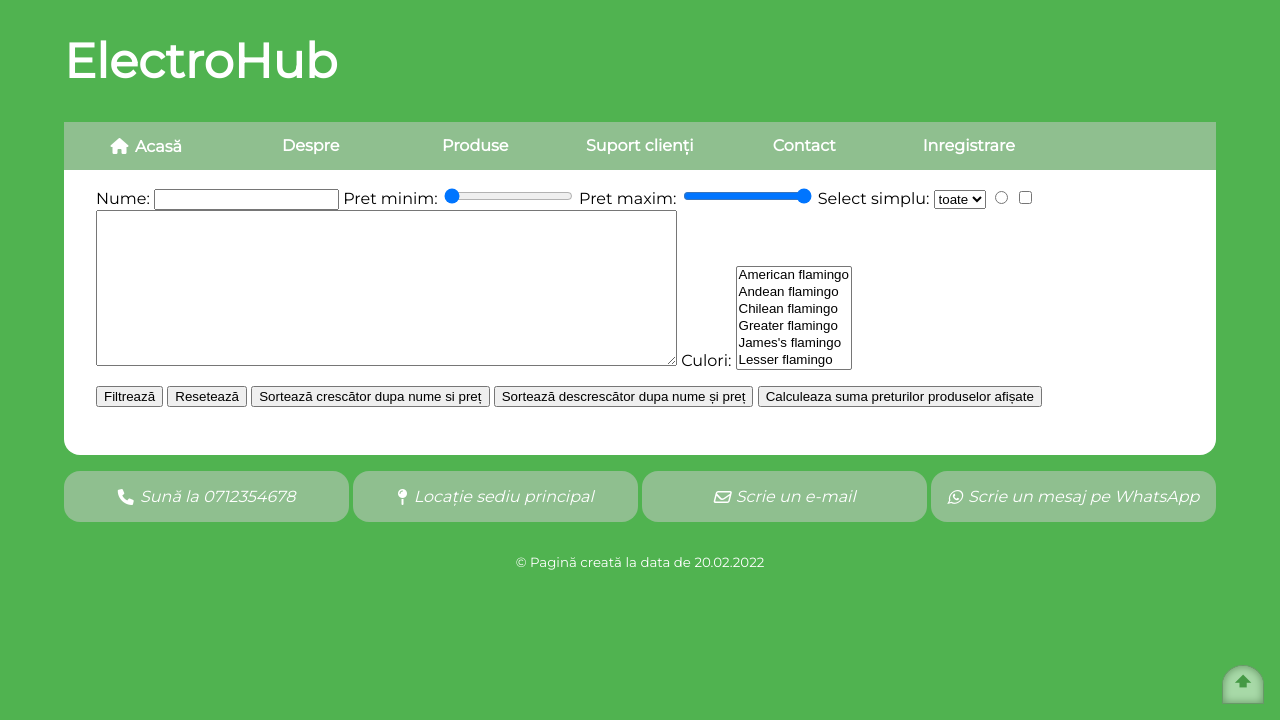
Repository: alexbanilean/Proiect-TW---ElectroHub
Page: http://localhost/produse
These files come from the project's save history. The page is drawn as it stood at one moment and after the next save; the edit follows.
The browser window is 1280 px wide. The pictures show the whole page.
The page is served by the project's Node server (index.js). Queries for data that is not in the repository find no rows.

Above is the page before, as saved 2022-05-09 20:26:25.
Console error: TypeError: Cannot set properties of null (setting 'onclick')

After the next save:
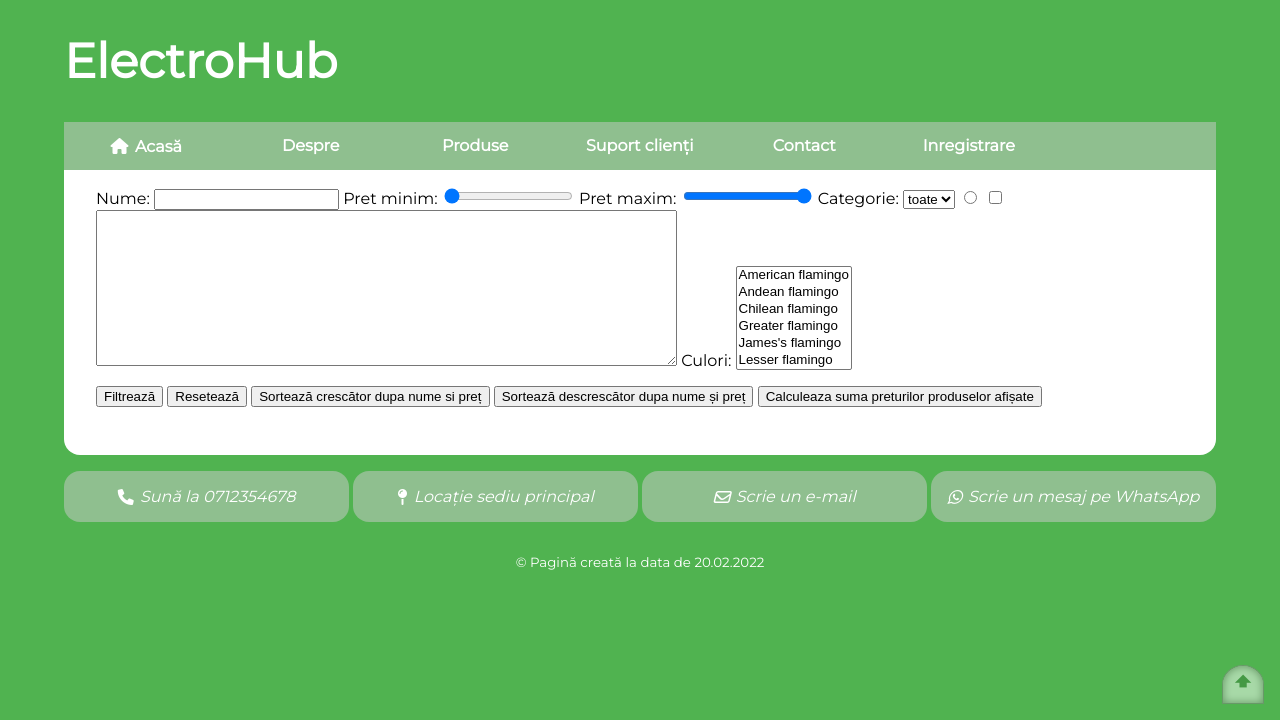
Saved 6 s later.
--- a/views/pagini/produse.ejs
+++ b/views/pagini/produse.ejs
@@ -38,7 +38,7 @@
 
             <label>Pret maxim: <input type="range" id="inp-pret-max" value="5000" min="0"  max="5000"><span id="infoRangeMax"></span></label>
 
-            <label>Select simplu:
+            <label>Categorie:
                 <select id="inp-categorie">
                     <option id="sel-toate" selected value="toate">toate</option>
                     <% for (let opt of locals.optiuni) { %>
